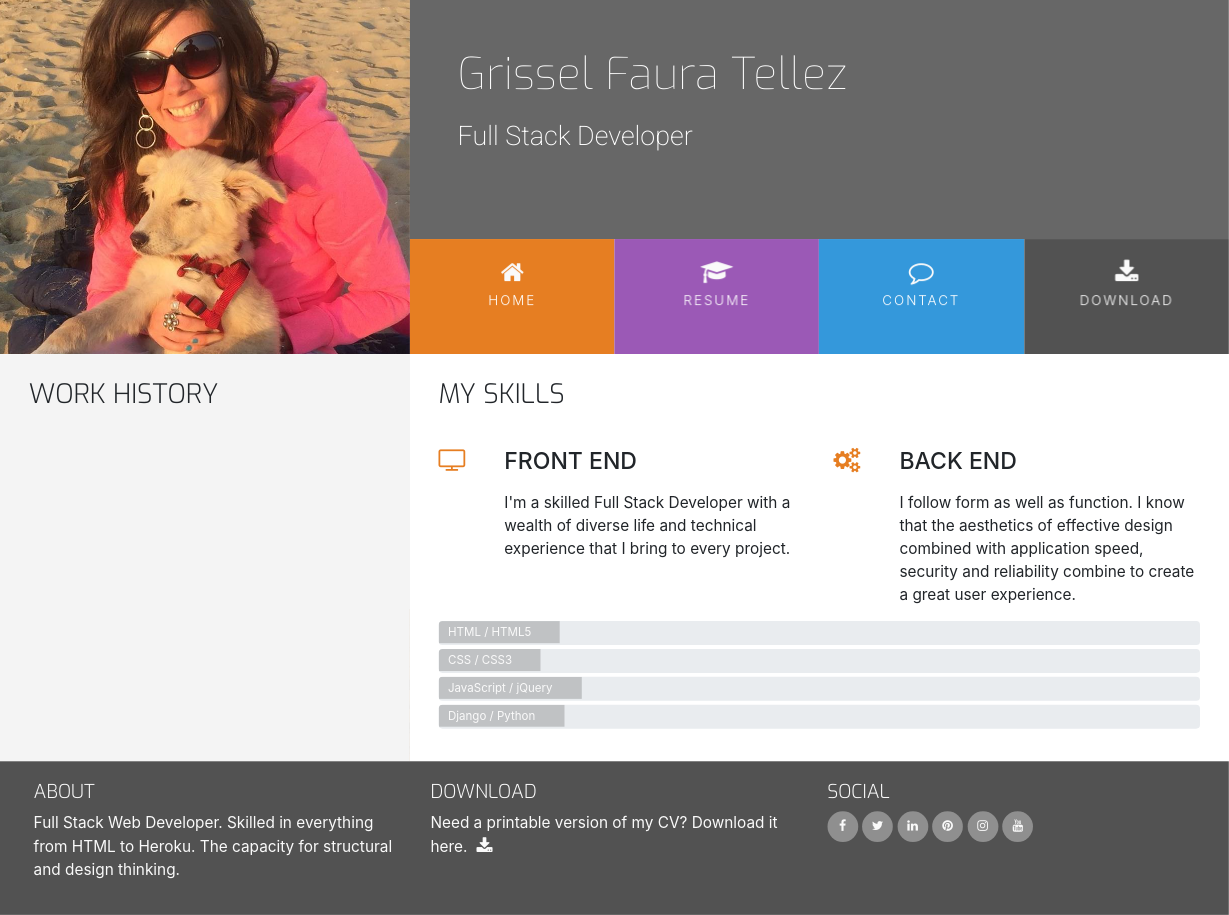
Repository: grisselfaura/Resume-Project-Introduction
Page: resume.html
The author's editor kept a record of every edit. The page is drawn from the files as they stood at one moment, then again after the next edit.
The browser window is 1280 px wide. The pictures show the whole page, at 96% of full size.

Above is the page before.

After the next edit:
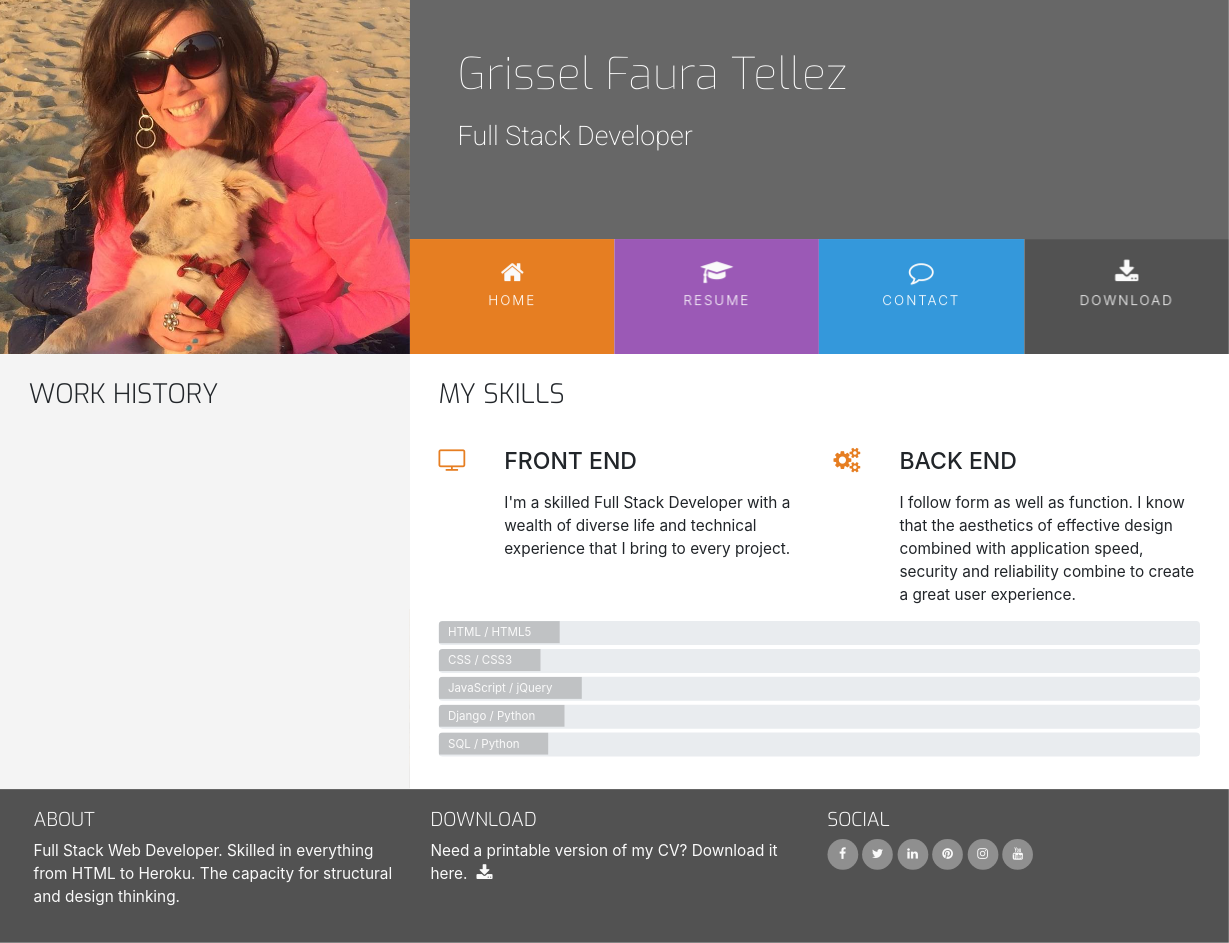
The edit:
--- a/resume.html
+++ b/resume.html
@@ -111,6 +111,12 @@
                             </div>
                             <span class="progress-type">Django / Python</span>
                         </div>
+                         <div class="progress">
+                            <div class="progress-bar bg-warning" role="progressbar" aria-valuenow="80" aria-valuemin="0" aria-valuemax="100" style:"width:80%;">
+                                <span class="sr-only">80% complete</span>
+                            </div>
+                            <span class="progress-type">SQL / Python</span>
+                        </div>
                     </div>
                 </div>
             </div>
